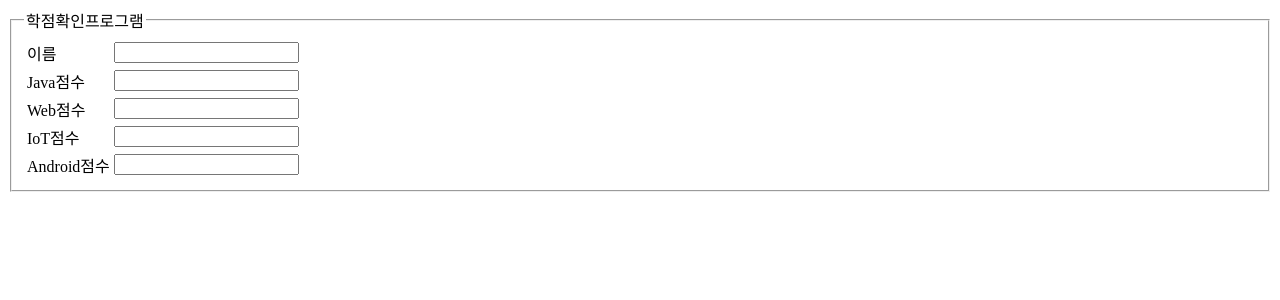
Repository: songhak1226/Web_Server
Page: Ex04Object/src/main/webapp/Ex01Request.html
The author's editor kept a copy of each file at every save. The page is drawn from the files as they stood at one save, then again after the next save.
The browser window is 1280 px wide. The pictures show the whole page.

Above is the page before, as saved 2023-05-16 07:12:41.

### Ex04Object/src/main/webapp/Ex01Request.html
<!DOCTYPE html>
<html>
<head>
<meta charset="UTF-8">
<title>Insert title here</title>
</head>
<body>
	<fieldset>
		<legend>학점확인프로그램</legend>
		<form action="">
			<table>
				<tr>
					<td>이름</td>
					<td><input type="text" name="name"></td>
				</tr>
				<tr>
					<td>Java점수</td>
					<td><input type="text" name="Java"></td>
				</tr>
				<tr>
					<td>Web점수</td>
					<td><input type="text" name="Web"></td>
				</tr>
				<tr>
					<td>IoT점수</td>
					<td><input type="text" name="iot"></td>
				</tr>
				<tr>
					<td>Android점수</td>
					<td><input type="text" name="and"></td>
				</tr>
			</table>
		</form>
	</fieldset>
</body>
</html>

After the next save:
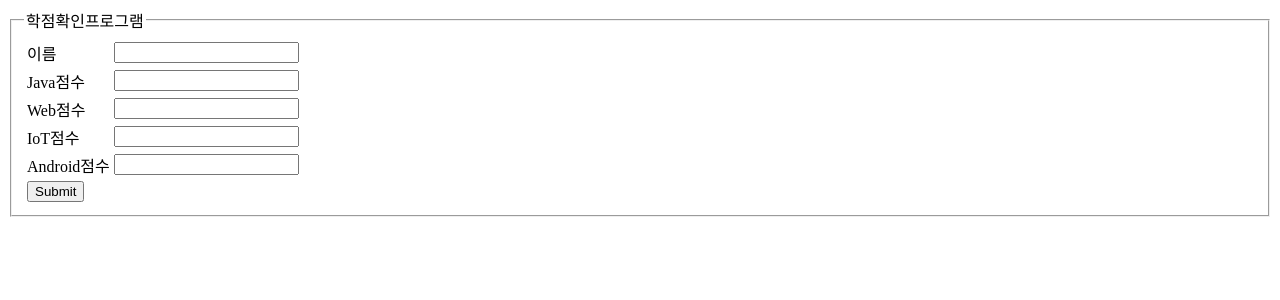
Saved 31 s later.
--- a/Ex04Object/src/main/webapp/Ex01Request.html
+++ b/Ex04Object/src/main/webapp/Ex01Request.html
@@ -29,6 +29,9 @@
 					<td>Android점수</td>
 					<td><input type="text" name="and"></td>
 				</tr>
+				<tr>
+					<td><input type="submit" name="학점확인"></td>
+				</tr>
 			</table>
 		</form>
 	</fieldset>
